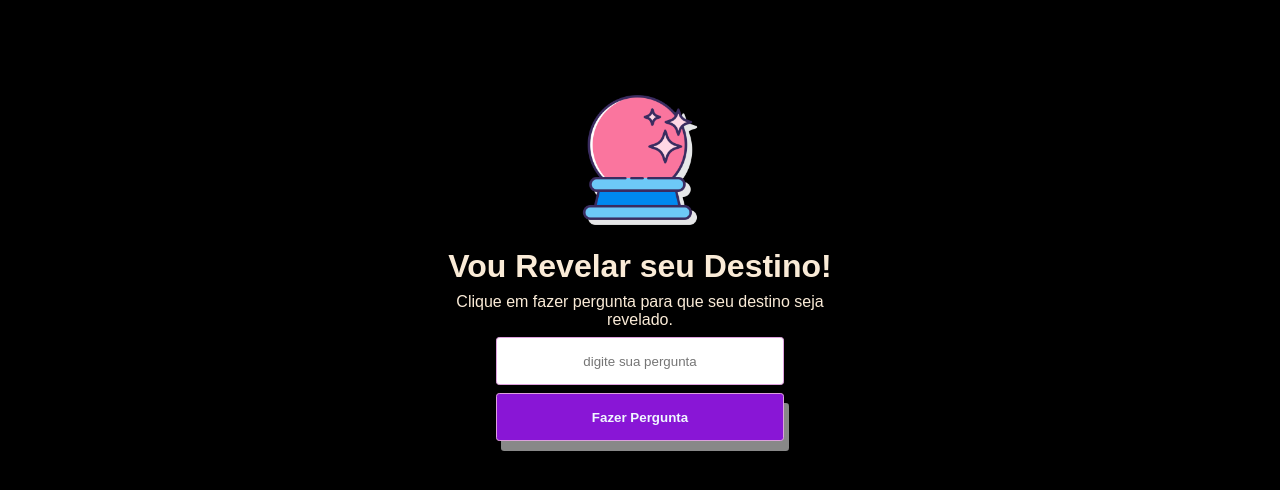
Repository: guilhermecardoso93/nlwexplorer
Page: index.html
These files come from the project's save history. The page is drawn as it stood at one moment and after the next save; the edit follows.
The browser window is 1280 px wide. The pictures show the whole page.
The pointer rests on the first visible `button`.

Above is the page before, as saved 2022-06-08 23:48:14.

### index.html
<!DOCTYPE html>
<html lang="pt-br">
  <head>
    <meta charset="UTF-8" />
    <meta http-equiv="X-UA-Compatible" content="IE=edge" />
    <meta name="viewport" content="width=device-width, initial-scale=1.0" />
    <link rel="stylesheet" href="./styles.css" />
    <title>NLW Explorer</title>
  </head>
  <body>
    <div class="principal">
      <img
        src="./cristalball.png"
        alt="Imagem de uma bola de cristal"
        id="cristalBallImg"
      />
      <h1>Vou Revelar seu Destino!</h1>
      <p>Clique em fazer pergunta para que seu destino seja revelado.</p>
      <input type="text" placeholder="digite sua pergunta" />
      <button>Fazer Pergunta</button>
    </div>
  </body>
  <script src="./script.js"></script>
</html>

### styles.css
* {
  margin: 0;
  padding: 0;
  box-sizing: border-box;
}
body {
  margin: auto;
  background-color: black;
  color: antiquewhite;
  text-align: center;
  font-family: sans-serif;
}

#cristalBallImg {
  width: 10rem;
}

.principal {
  display: flex;
  flex-direction: column;
  margin: auto;
  margin-top: 5rem;
  max-width: 400px;
  width: 80%;
  align-items: center;
  gap: 0.5rem;
}

.principal input {
  width: 18rem;
  height: 3rem;
  text-align: center;

  border: 1px solid plum;
  border-radius: 0.2rem;
}

.principal input:hover {
  border: 2px double pink;
}

button{
  width: 18rem;
  height: 3rem;
  text-align: center;
  font-weight: 600;
  color: aliceblue;
  background-color: rgb(137, 22, 214);
  border: 1px solid plum;
  border-radius: 0.2rem;
}

button:hover{
box-shadow: 5px 10px #888888;
}

Loaded but not shown: script.js (no stored copy; drawn as an empty file)

After the next save:
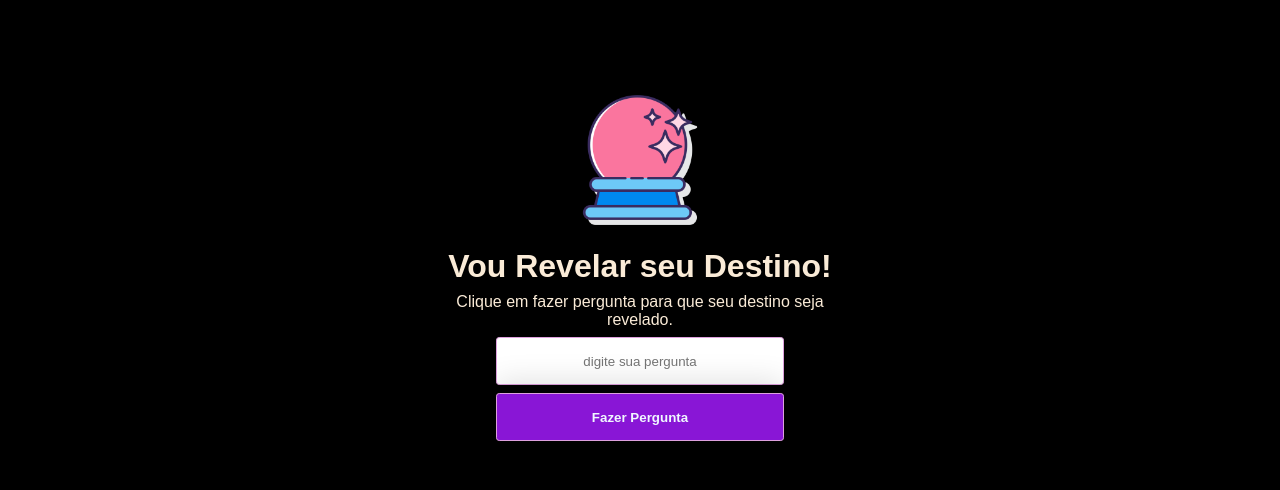
Saved 32 s later.
--- a/styles.css
+++ b/styles.css
@@ -51,5 +51,5 @@ button{
 }
 
 button:hover{
-box-shadow: 5px 10px #888888;
+  box-shadow: rgba(0, 0, 0, 0.25) 0px 54px 55px, rgba(0, 0, 0, 0.12) 0px -12px 30px, rgba(0, 0, 0, 0.12) 0px 4px 6px, rgba(0, 0, 0, 0.17) 0px 12px 13px, rgba(0, 0, 0, 0.09) 0px -3px 5px;
 }
